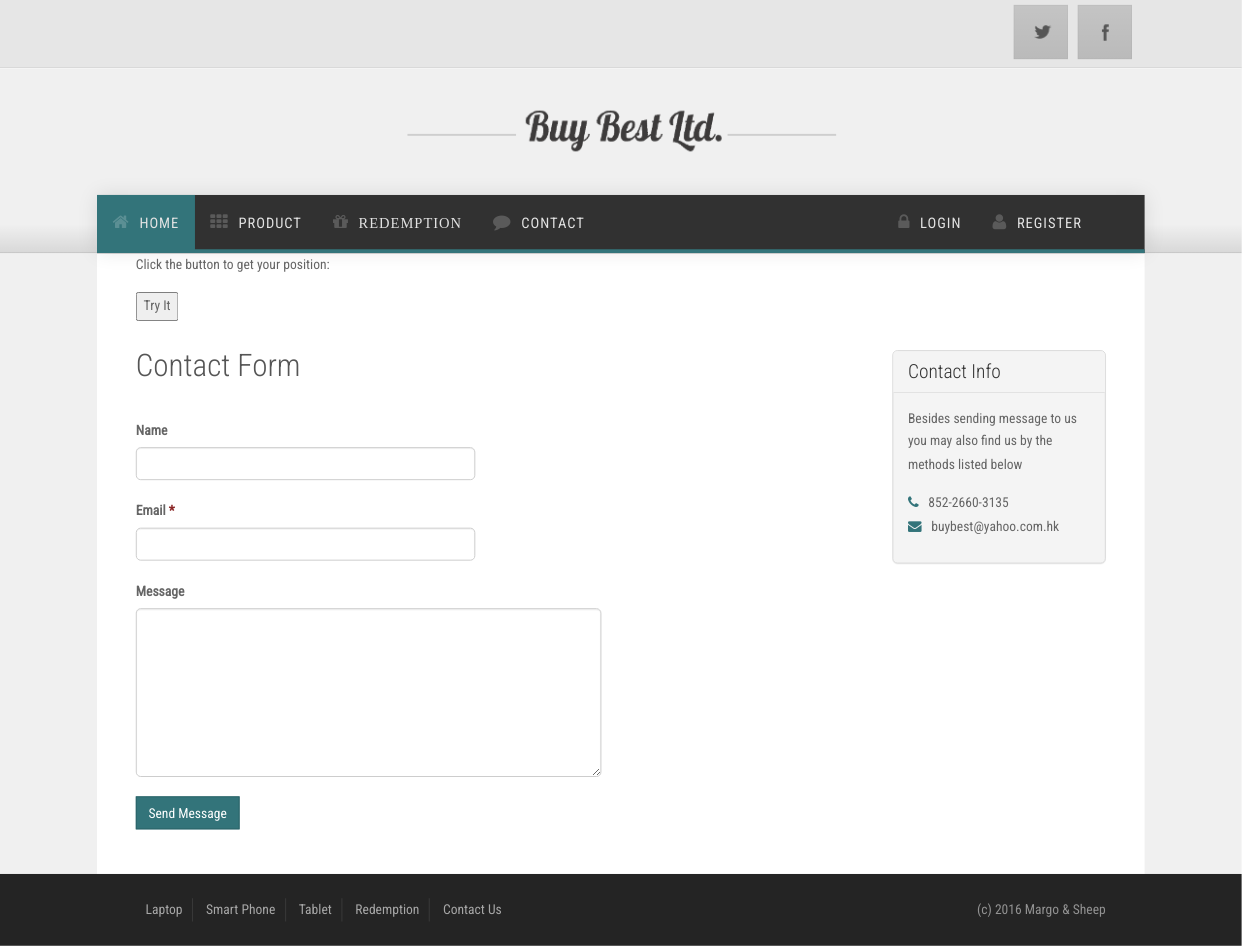
Repository: thymargo13/HCI--2015
Page: contact.html
The author's editor kept a record of every edit. The page is drawn from the files as they stood at one moment, then again after the next edit.
The browser window is 1280 px wide. The pictures show the whole page, at 97% of full size.

Above is the page before.

After the next edit:
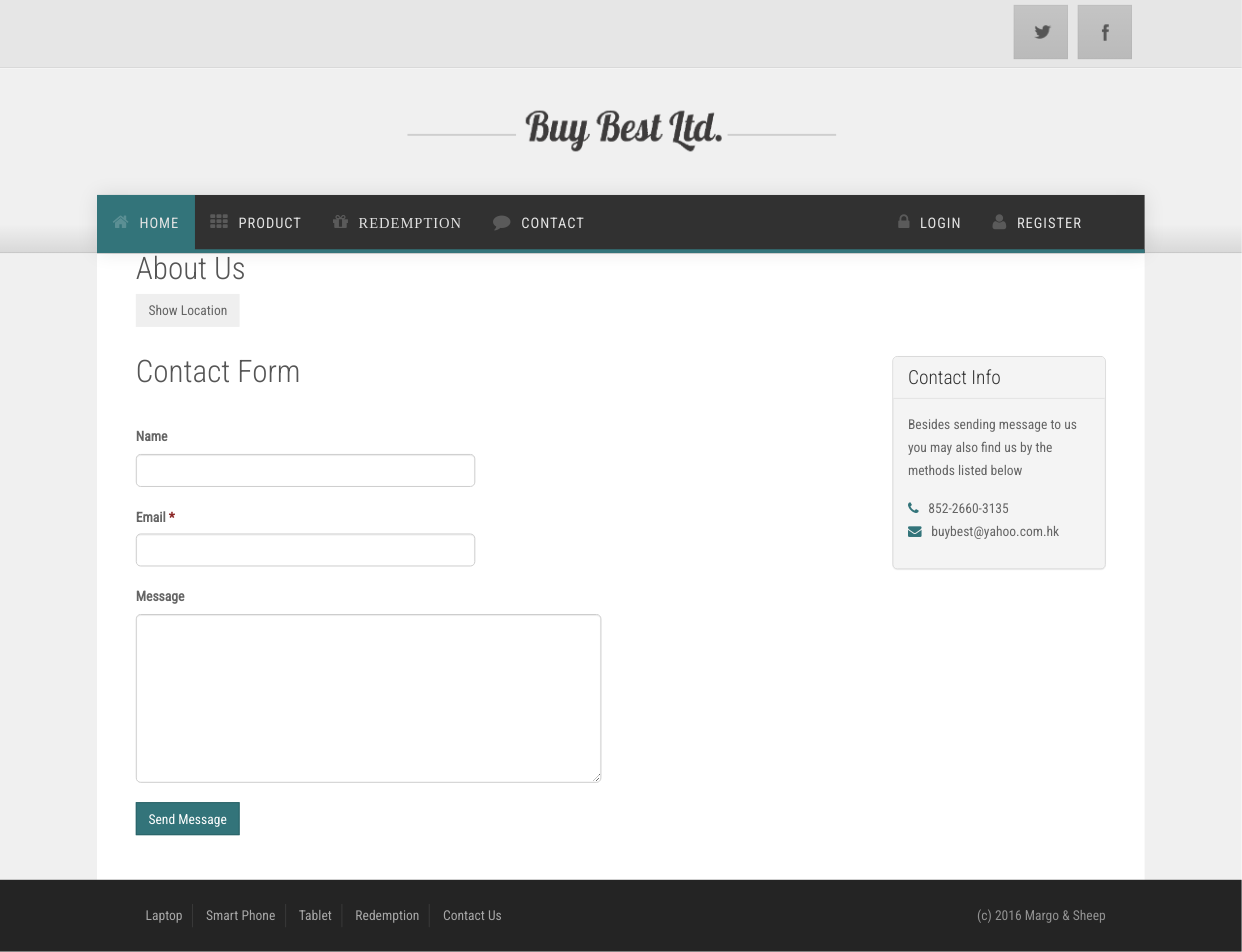
The edit:
--- a/contact.html
+++ b/contact.html
@@ -124,8 +124,8 @@
             <!-- === BEGIN CONTENT === -->
             <div id="content">
                 <div class="container background-white">
-                    <p id="demo">Click the button to get your position:</p>
-                    <button onclick="getLocation()">Try It</button>
+                    <h2 id="demo">About Us</h2>
+                    <button class="btn" onclick="getLocation()">Show Location</button>
                     <div id="mapholder"></div>
                     <div class="row margin-vert-30">
                         <!-- Main Column -->
